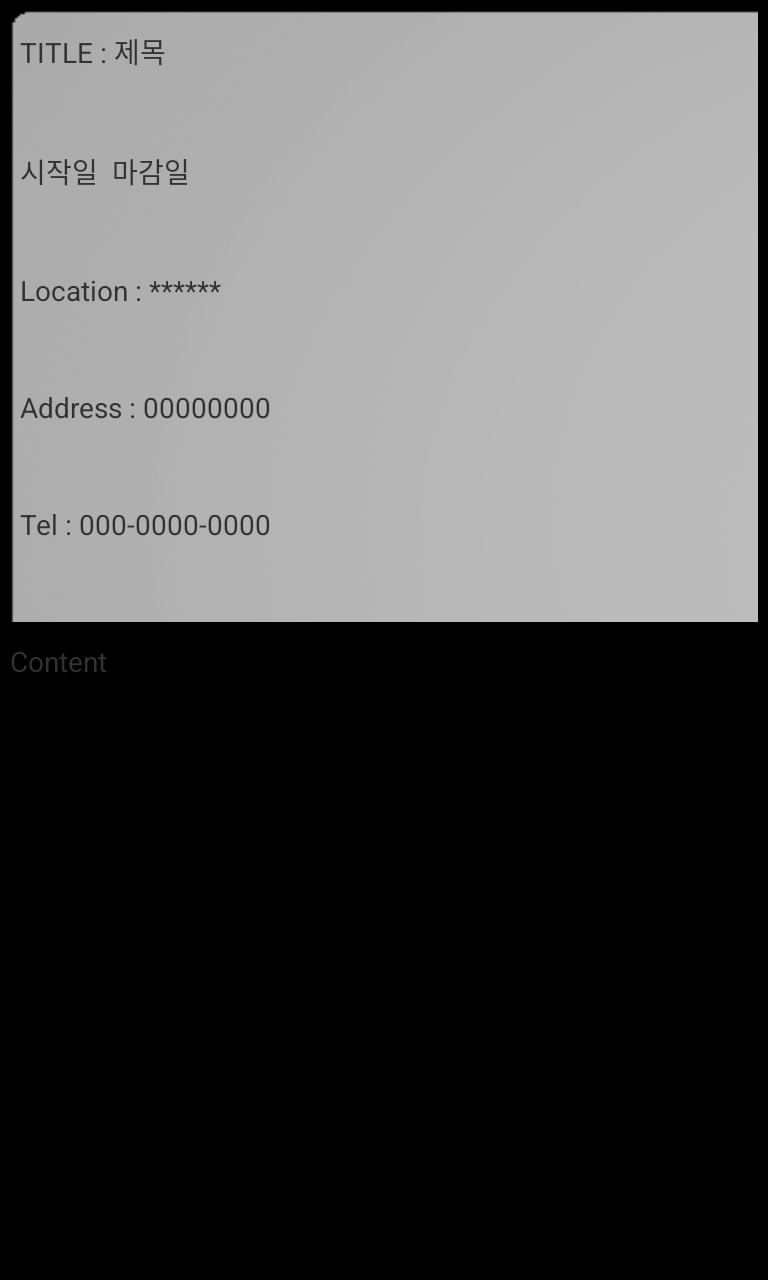
Repository: chlduq04/java
Layout: Culturemap/res/layout/detail.xml
An editor plug-in stored every save of this project. The layout is shown before and after the next save, followed by the edit.
It is drawn on a 768 x 1280 px phone screen (xhdpi) without system bars, with theme AppTheme; the app's code is not run.

Above is the layout before, as saved 2012-07-23 07:17:12.

After the next save:
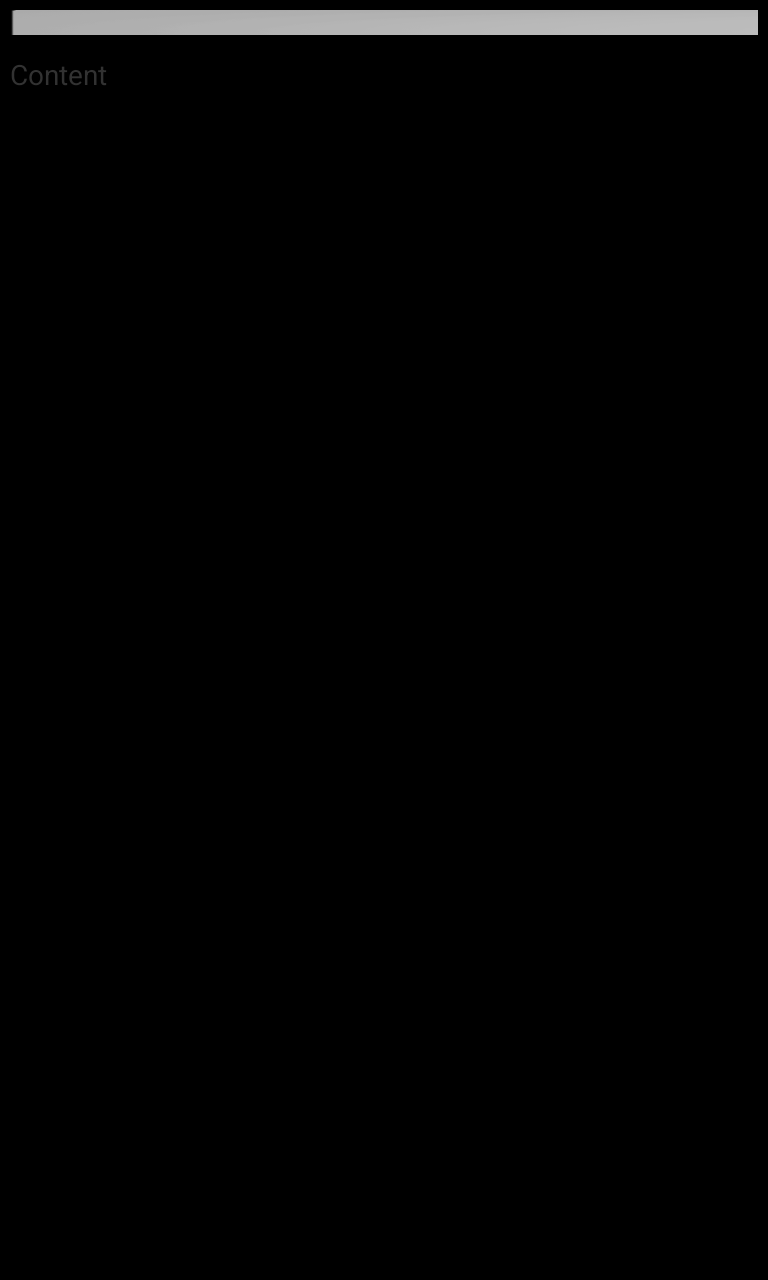
Saved 50 s later.
--- a/Culturemap/res/layout/detail.xml
+++ b/Culturemap/res/layout/detail.xml
@@ -8,7 +8,6 @@
     <LinearLayout
         android:background="@drawable/content"
         android:layout_width="match_parent"
-        android:layout_height="wrap_content"
         android:layout_margin="5dip"
         android:layout_weight="0.15"
         android:orientation="vertical"
